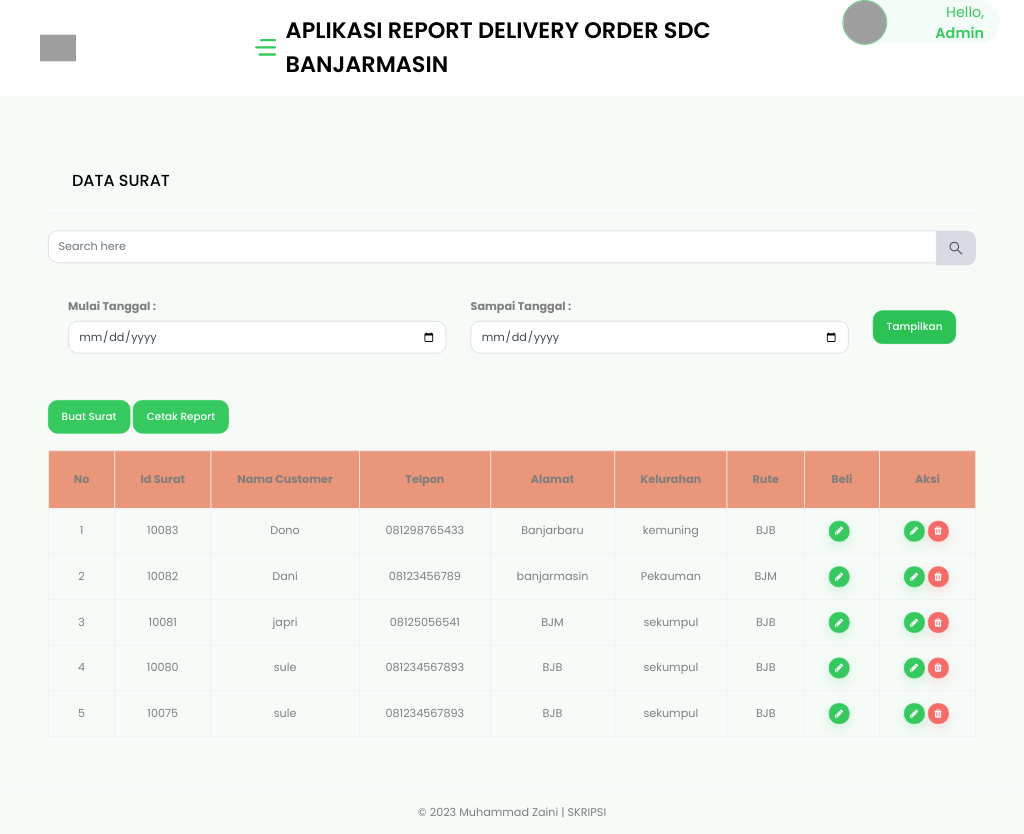
Repository: muhammadzainiy31/skripsi
Page: http://localhost/surat/index.php
The author's editor kept a copy of each file at every save. The page is drawn from the files as they stood at one save, then again after the next save.
The browser window is 1280 px wide. The pictures show the whole page, at 80% of full size.
Pictures or frames that could not be fetched are drawn as grey boxes. The page is run by PHP 8.4 with error messages shown; the project is at /var/www/html/. The database holds what the project's SQL file puts in it.

Above is the page before, as saved 2023-07-02 11:44:11.

After the next save:
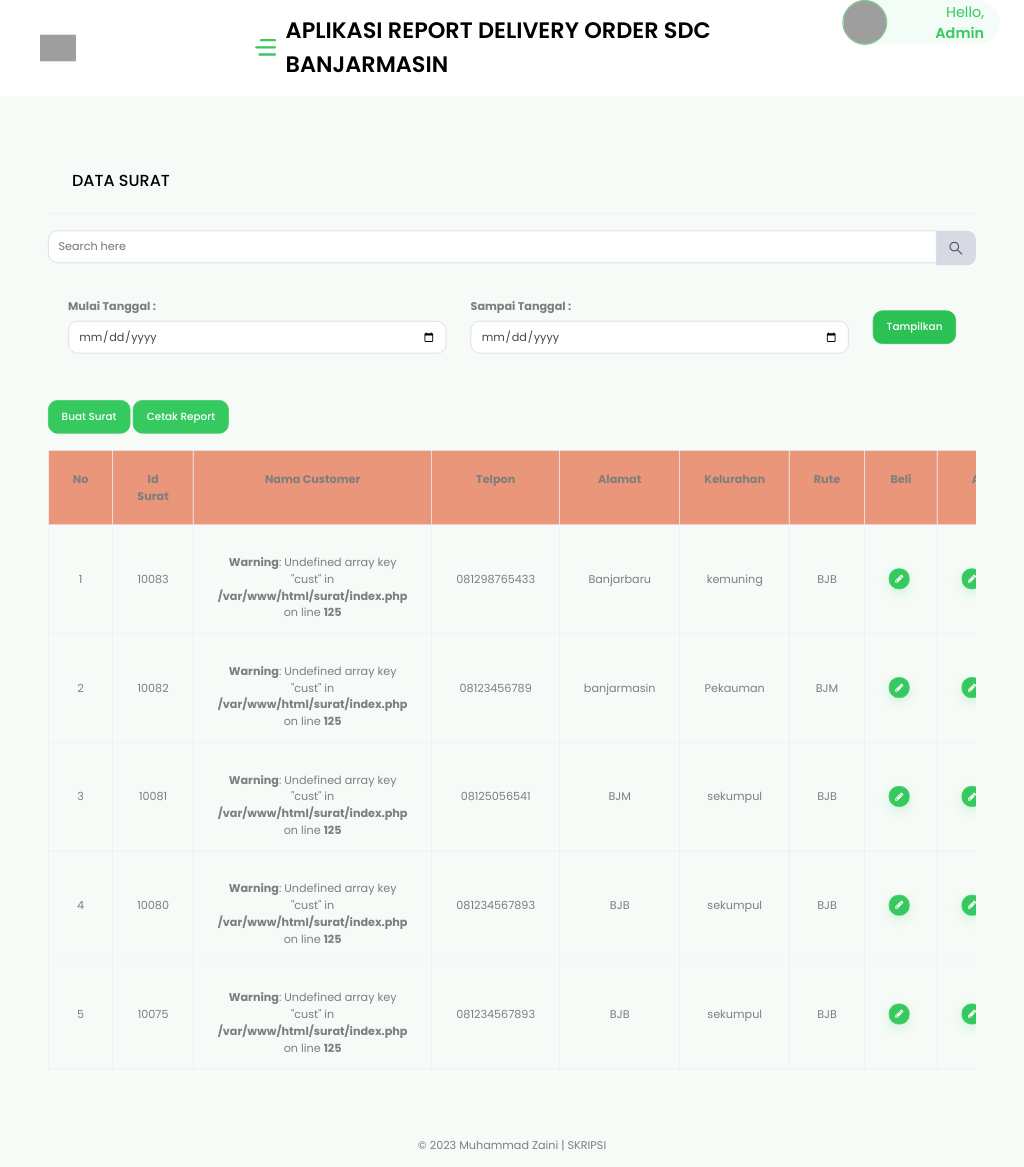
Saved 2 min 22 s later.
--- a/surat/index.php
+++ b/surat/index.php
@@ -122,7 +122,7 @@
                                     <tr align="center">
                                         <td><?php echo $no++ ?></td>
                                         <td><?php echo $hasil['id_surat'] ?></td>
-                                        <td><?php echo $hasil['nm_cust'] ?></td>
+                                        <td><?php echo $hasil['cust'] ?></td>
                                         <td><?php echo $hasil['no_telpon'] ?></td>
                                         <td><?php echo $hasil['alamat_cust'] ?></td>
                                         <td><?php echo $hasil['kelurahan'] ?></td>
